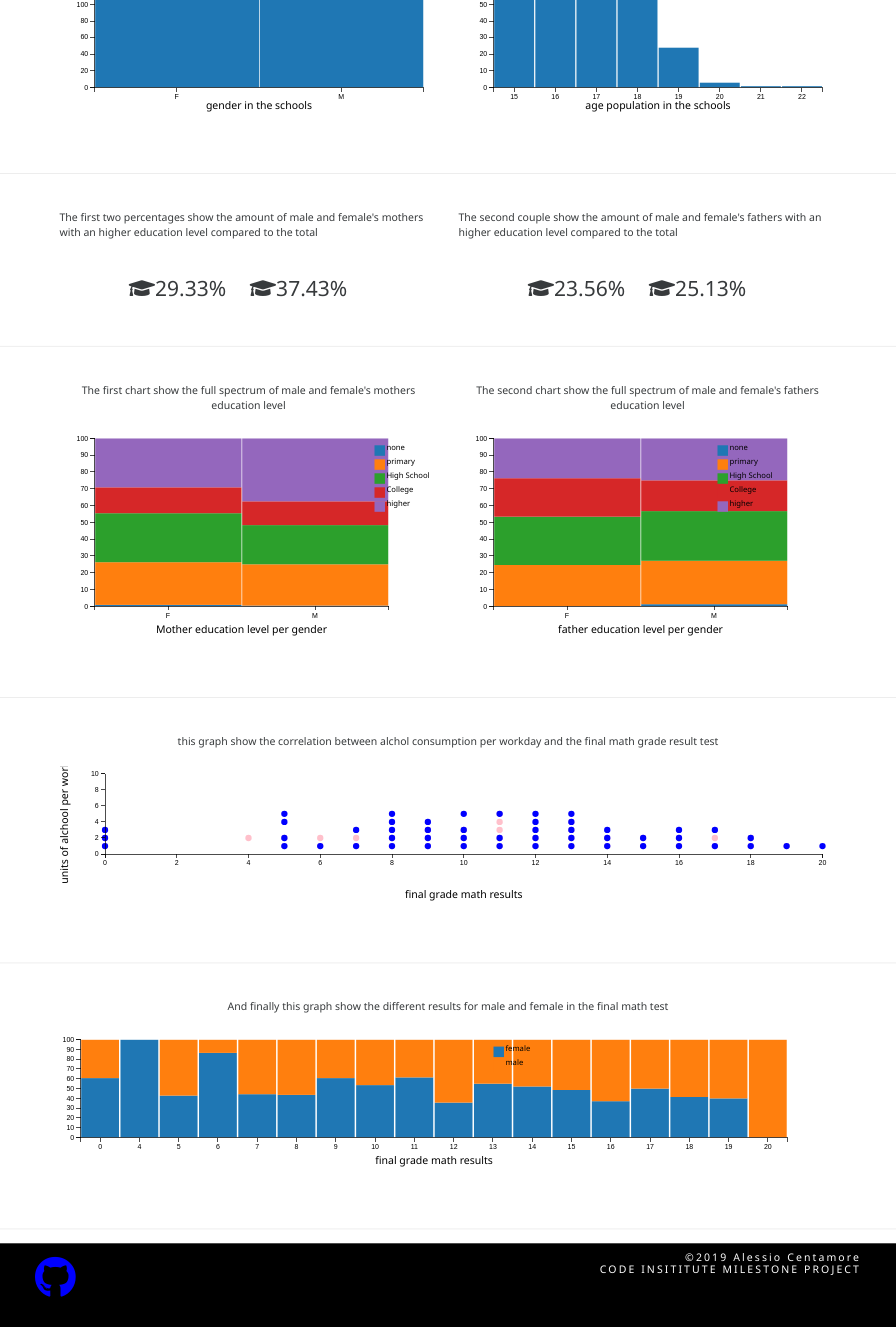
Repository: Baal89/second-milestone-project
Page: index.html
The author's editor kept a record of every edit. The page is drawn from the files as they stood at one moment, then again after the next edit.
The browser window is 1280 px wide. The pictures show the part of the page from y = 723 to 2643 px (the page is 2619 px tall before and 2643 px after), at 70% of full size.
Some web libraries are served in a nearby version.

Above is the page before.

After the next edit:
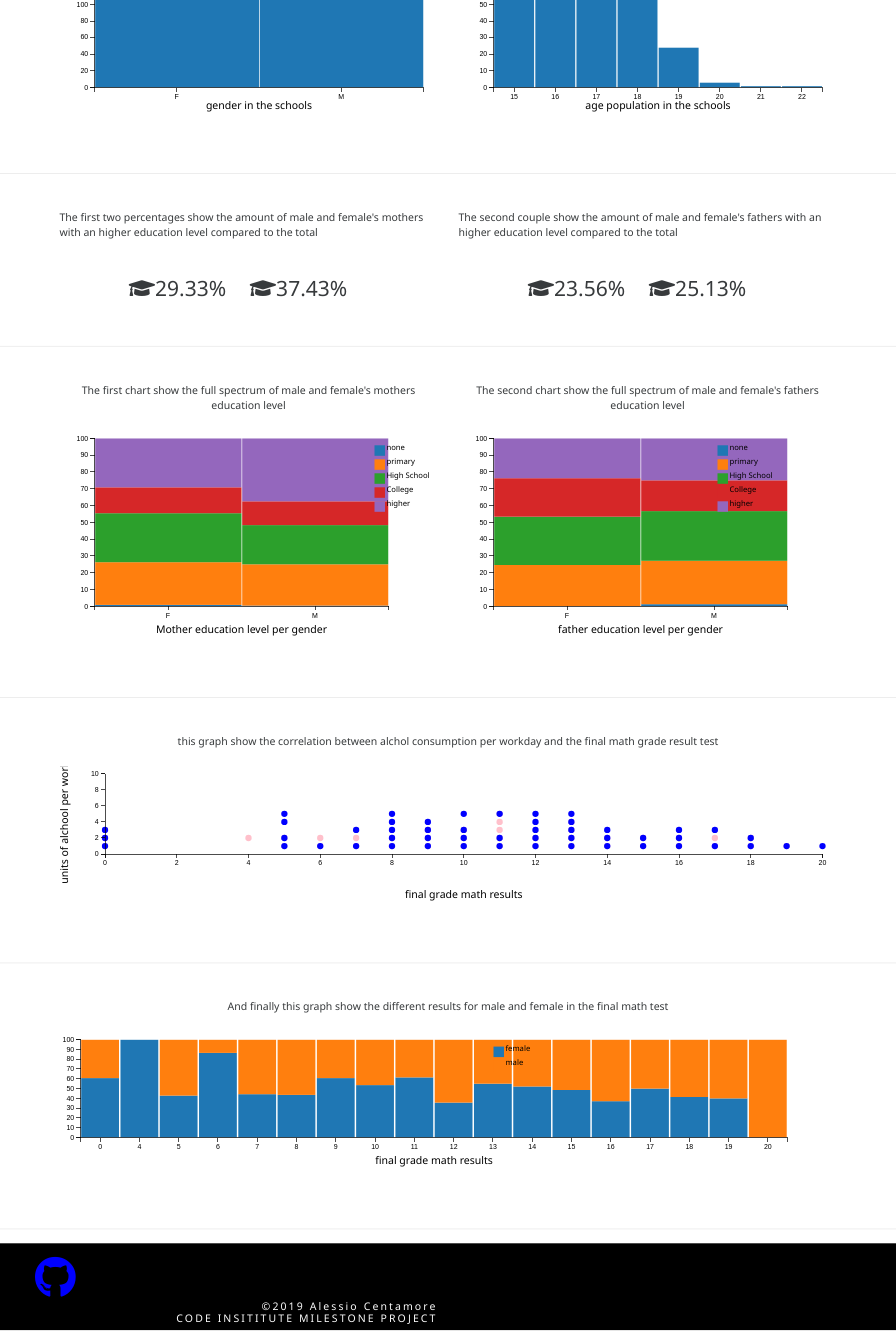
The edit:
--- a/index.html
+++ b/index.html
@@ -149,7 +149,7 @@
 
         <footer class="container-fluid">
             <div id="footer-details" class="row">
-                <div class="col-sm-6">
+                <div class="col-12">
                     <a target="_blank" href="https://github.com/Baal89/second-milestone-project"><i class="fab fa-github"></i></a>
                 </div>
                 <div class="col-sm-6">

After the 4 edits that followed:
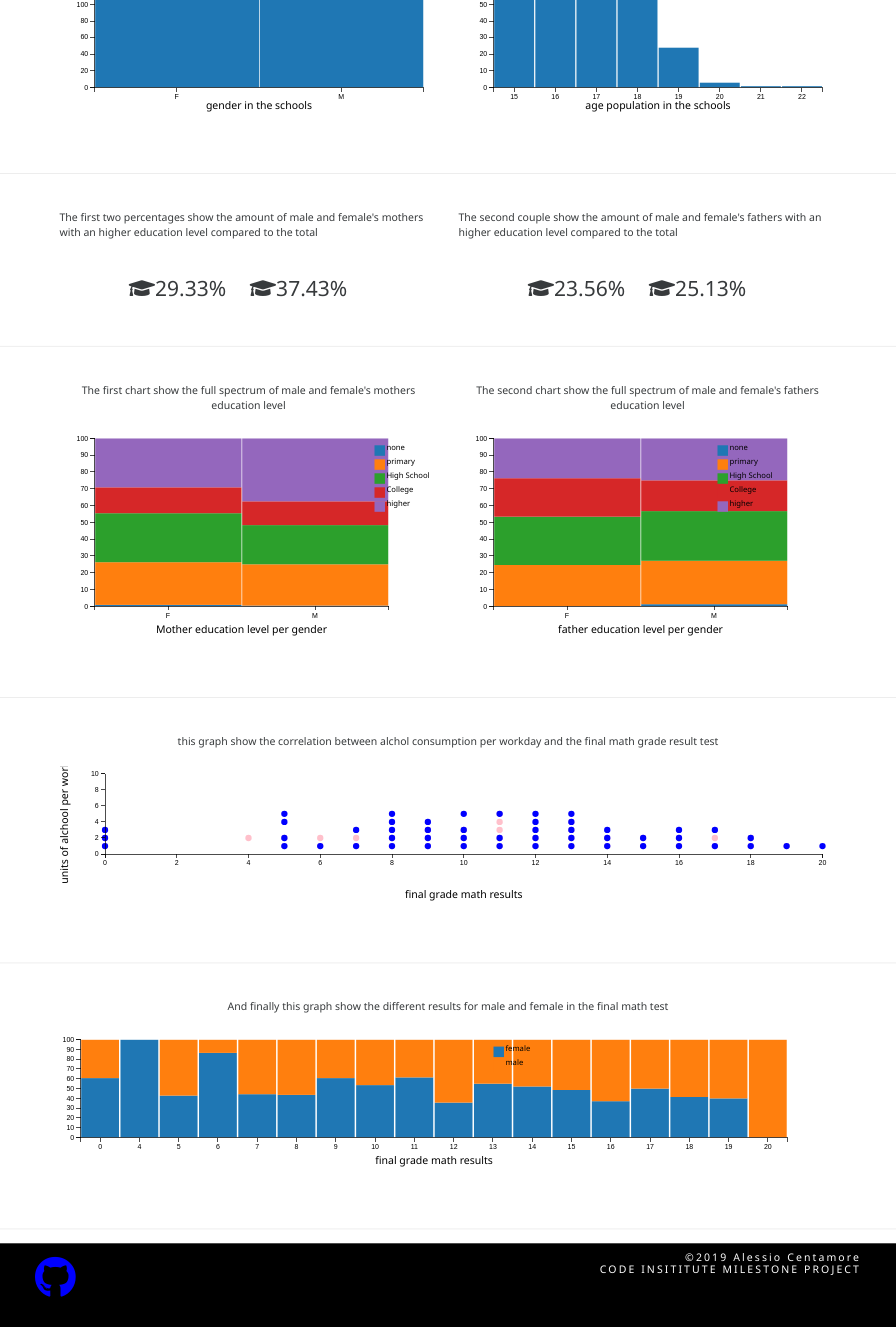
The 4 edits are shown as one change because 3 left the picture as it was.
The edit:
--- a/index.html
+++ b/index.html
@@ -149,10 +149,10 @@
 
         <footer class="container-fluid">
             <div id="footer-details" class="row">
-                <div class="col-12">
+                <div class="col-12 col-md-6 repository">
                     <a target="_blank" href="https://github.com/Baal89/second-milestone-project"><i class="fab fa-github"></i></a>
                 </div>
-                <div class="col-sm-6">
+                <div class="col-12 col-md-6">
                     <h6 class="inline-block text-right">
                         &copy;2019 Alessio Centamore <br/> CODE INSITITUTE MILESTONE PROJECT
                     </h6>
